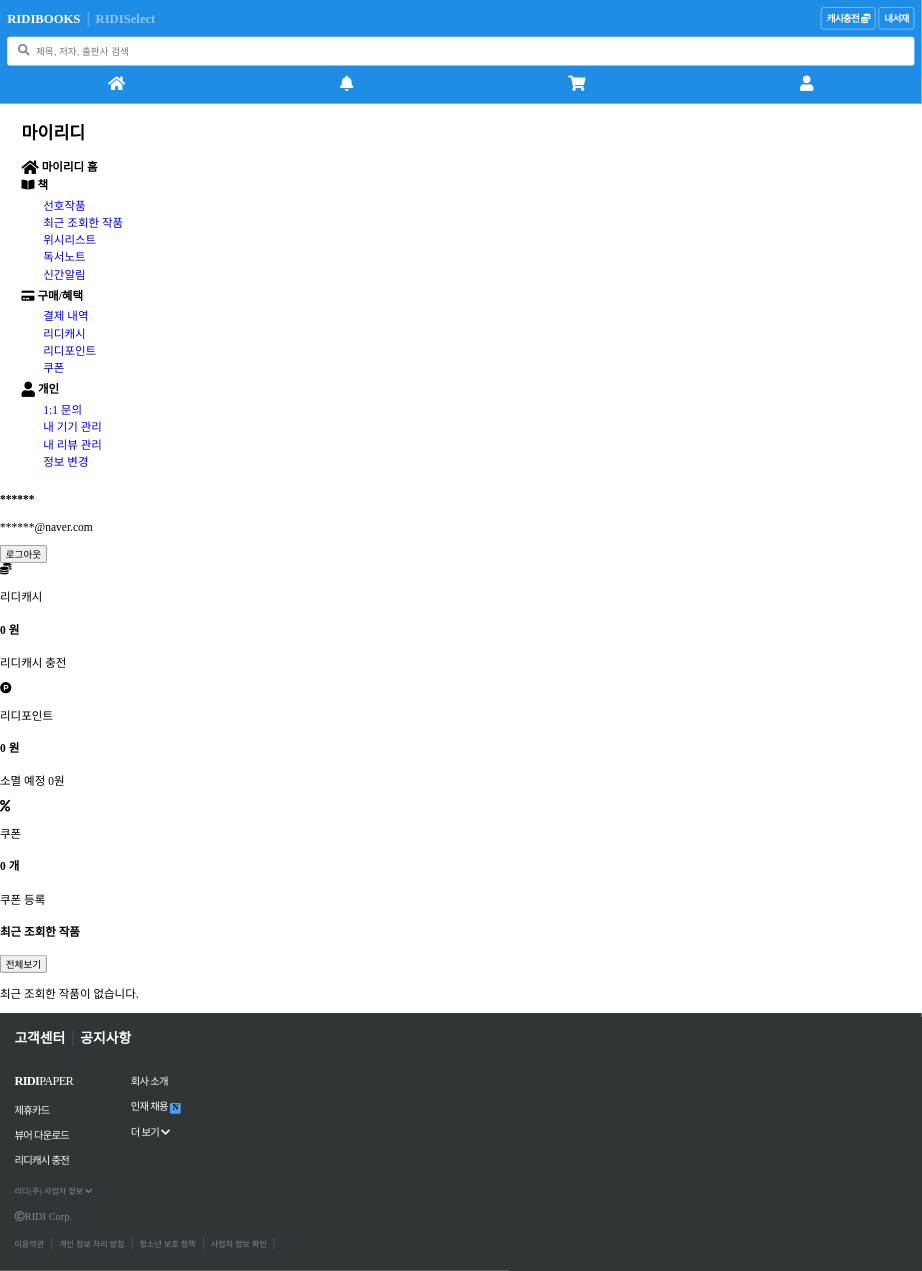
Repository: mega-teamproject/teamproject1
Page: html/myridi.html
An editor plug-in stored every save of this project. The page is shown before and after the next save, followed by the edit.
The browser window is 1280 px wide. The pictures show the whole page, at 72% of full size.

Above is the page before, as saved 2022-01-05 01:19:34.

### html/myridi.html
<!DOCTYPE html>
<html lang="ko">
  <head>
    <meta charset="UTF-8" />
    <meta http-equiv="X-UA-Compatible" content="IE=edge" />
    <meta name="viewport" content="width=device-width, initial-scale=1.0" />
    <title>마이리디</title>
    <link rel="stylesheet" href="../css/myridi.css" />
    <link
      rel="stylesheet"
      href="https://use.fontawesome.com/releases/v5.15.4/css/all.css"
      integrity="sha384-DyZ88mC6Up2uqS4h/KRgHuoeGwBcD4Ng9SiP4dIRy0EXTlnuz47vAwmeGwVChigm"
      crossorigin="anonymous"
    />
  </head>
  <body>
    <div class="container">
        <div class="header">
          <header>
            <div class="search">
              <a href="index.html"><h1>RIDIBOOKS</h1></a>
              <a href="https://select.ridibooks.com/home"><h1 id="opacity">RIDISelect</h1></a>
            </div>
            <div class="joinLogin">
              <button class="borderBtn btn" onclick="location.href='join1.html'">
                캐시충전
                <i class="fas fa-coins"></i>
              </button>
              <button class="borderBtn btn" onclick="location.href='login.html'">
                내서재
              </button>
            </div>
          </header>
          <div class="relative">
            <input type="text" placeholder="제목, 저자, 출판사 검색" />
            <span><i class="fas fa-search"></i> </span>
          </div>
          <nav>
            <ul>
              <li>
                <a href="index.html"><i class="fas fa-home fa-lg"></i></a>
              </li>
              <li>
                <a href="alarm.html"><i class="fas fa-bell fa-lg"></i></a>
              </li>
              <li>
                <a href="cart.html"><i class="fas fa-shopping-cart fa-lg"></i></a>
              </li>
              <li>
                <a href="myridi.html"><i class="fas fa-user fa-lg"></i></a>
              </li>
            </ul>
          </nav>
        </div>
        <div class="body">
          <div class="sidebar">
            <nav>

              <ul class="nav-title">
                <li><h2>마이리디</h2></li>
                <li>
                  <h4><i class="fas fa-home fa-lg"></i> 마이리디 홈</h4>
                </li>
                <li>
                  <h4><i class="fas fa-book-open"></i> 책</h4>
                  <ul>
                    <li><a href="#"> 선호작품</a></li>
                    <li><a href="#"> 최근 조회한 작품</a></li>
                    <li><a href="#"> 위시리스트</a></li>
                    <li><a href="#"> 독서노트</a></li>
                    <li><a href="#"> 신간알림</a></li>
                    <li></li>
                  </ul>
                </li>
                <li>
                  <h4><i class="fas fa-credit-card"></i> 구매/혜택</h4>
                  <ul>
                    <li><a href="#">결제 내역</a></li>
                    <li><a href="#">리디캐시</a></li>
                    <li><a href="#">리디포인트</a></li>
                    <li><a href="#">쿠폰</a></li>
                  </ul>
                </li>
                <li>
                  <h4><i class="fas fa-user fa-lg"></i> 개인</h4>
                  <ul>
                    <li><a href="#">1:1 문의</a></li>
                    <li><a href="#">내 기기 관리</a></li>
                    <li><a href="#">내 리뷰 관리</a></li>
                    <li><a href="#">정보 변경</a></li>
                  </ul>
                </li>
              </ul>
            </nav>
          </div>
          <div class="section">
            <section>
              <div class="my-ridi">
                <ul>
                  <li>
                    <h4>******</h4>
                    <p>******@naver.com</p>
                    <button>로그아웃</button>
                  </li>
                  <li>
                    <i class="fas fa-coins"></i>
                    <p>리디캐시</p>
                    <h4>0 <span> 원</span></h4>
                    <p>리디캐시 충전 </p>
                  </li>
                  <li>
                    <i class="fab fa-product-hunt"></i>
                    <p>리디포인트</p>
                    <h4>0 <span> 원</span></h4>
                    <p>소멸 예정 0원</p>
                  </li>
                  <li>
                    <i class="fas fa-percent"></i>
                    <p>쿠폰</p>
                    <h4>0 <span> 개</span></h4>
                    <p>쿠폰 등록 </p>
                  </li>
                </ul>
              </div>
                <div class="visited">
                  <div class="visited-header">
                    <h4>최근 조회한 작품</h4>
                    <button type="button">전체보기</button>
                  </div>
                  <div class="visited-contents">
                    <p>최근 조회한 작품이 없습니다.</p>
                  </div>
                </div>
            </section>
          </div>
        </div>

        <div class="footer">
            <footer>
              <div class="footer-menu1">
                <a href=""><span class="borderR">고객센터</span></a>
                <a href=""><span>공지사항</span></a>
              </div>
              <div class="footer-menu2">
                <div class="footer-wrapper1">
                  <a href="https://paper.ridibooks.com/"><p class="bigFont"><strong>RIDI</strong>PAPER</p></a>
                  <a href="#"><p>제휴카드</p></a>
                  <a href="#"><p>뷰어 다운로드</p></a>
                  <a href="https://ridibooks.com/order/checkout/cash"><p>리디캐시 충전</p></a>
                </div>
                <div class="footer-wrapper2">
                  <a href="https://www.ridicorp.com/"><p>회사 소개</p></a>
                  <a href="https://www.ridicorp.com/career/"><p>인재 채용 <span class="blue-bg">N</span></p></a>
                  <a href="#"><p>더 보기 <i class="fas fa-chevron-down"></i></p></a>
                  <a href="https://help.ridibooks.com/hc/ko/articles/360046896553"><p class="invisible">콘텐츠 제공문의</p></a>
                  <a href="https://cp.ridibooks.com/cp/login"><p class="invisible">CP 사이트</p></a>
                  <a href="mailto:biz@ridi.com"><p class="invisible">사업 제휴 문의</p></a>
                  <a href="https://help.ridibooks.com/hc/ko/articles/360058140713-RIDI-Biz-%ED%98%91%EC%97%85-%EB%AC%B8%EC%9D%98"><p class="invisible">리디셀렉트 B2B</p></a>
                </div>
              </div>
              <div class="footer-info fontColor">
                <a href="#"><p>리디(주) 사업자 정보 <i class="fas fa-chevron-down"></i></p></a>
                <p class="invisible">대표자 배기식 | 사업자 등록번호 120-87-27435</p>
                <p class="invisible">통신판매업 신고번호 제 2009-서울강남 35-02139호</p>
                <p class="invisible">이메일 help@ridi.com | 대표전화 1644-0331</p>
                <p class="invisible">주소 서울시 강남구 역삼동 702-28 어반벤치빌딩 10층(테헤란로 325)</p>
              </div>
              <div class="fontColor copyright"><i class="far fa-copyright"></i>RIDI Corp.</div>
              <div class="footer-terms fontColor">
                <a href="https://policy.ridi.com/legal/terms/"><p class="paddingL">이용약관</p></a>
                <a href="https://policy.ridi.com/legal/privacy/"><p>개인 정보 처리 방침</p></a>
                <a href="https://policy.ridi.com/legal/youth/"><p>청소년 보호 정책</p></a>
                <a href="https://ftc.go.kr/www/bizCommList.do?key=232"><p>사업자 정보 확인</p></a>
              </div>
            </footer>
          </div>
  </body>
</html>

### css/myridi.css
* {
  box-sizing: border-box;
}

body {
  margin: 0;
}

a {
  text-decoration: none;
}

ul {
  list-style: none;
  padding: 0;
}

.header {
  background-color: #1f8ce6;
}

header {
  display: flex;
  justify-content: space-between;
  align-items: center;
}

.search {
  display: flex;
  margin-left: 10px;
}

.search h1 {
  color: white;
  font-size: 1.1em;
  margin-right: 10px;
  margin-bottom: 0;
}

.search h1#opacity {
  opacity: 0.5;
  border-left: 1px solid;
  padding-left: 10px;
}

.joinLogin {
  margin-right: 10px;
  margin-top: 10px;
}

.joinLogin button.btn {
  border-radius: 4px;
  padding: 5px 7px;
  letter-spacing: -1px;
  font-weight: bold;
  cursor: pointer;
}

.joinLogin button.borderBtn {
  background-color: transparent;
  color: white;
  border: 1px solid #99d1ff;
}

.relative input {
  width: 100%;
  height: 40px;
  margin-top: 10px;
  border-radius: 4px;
  border: none;
  padding-left: 40px;
}
.relative input:focus {
  outline: none;
}

.relative {
  position: relative;
  margin: 0 10px;
}

.relative span {
  color: #808991;
  position: absolute;
  top: 20px;
  left: 15px;
}

.header nav {
  padding: 1px;
}

.header nav ul {
  padding-left: 0;
  display: flex;
  justify-content: space-around;
}

.header ul li {
  list-style: none;
}

.header ul li a {
  text-decoration: none;
  color: white;
}

.sidebar nav ul {
  list-style: none;
  padding: 5px 30px;
}

.sidebar nav ul h2 {
  padding: 0;
  margin-top: 0;
}

.sidebar nav ul h4 {
  padding: 0;
  margin: 0;
}

.footer {
  background: #303538;
  color: white;
}

footer a {
  text-decoration: none;
  color: white;
}

footer p.invisible {
  display: none;
}

footer .footer-menu1 {
  display: flex;
  justify-content: left;
  padding: 20px 10px;
  padding-bottom: 0;
}

footer .footer-menu1 a {
  margin: 0 10px;
  font-size: 1.2em;
  font-weight: bold;
}

footer .footer-menu1 a:first-child {
  margin-right: 0;
}

footer .footer-menu1 a span.borderR {
  border-right: 1px solid #525a61;
  padding-right: 10px;
}

footer .footer-menu2 {
  display: flex;
  padding: 20px;
  font-size: 0.9em;
  letter-spacing: -1px;
  padding-bottom: 0;
}

footer .footer-menu2 .footer-wrapper1 {
  margin-right: 40px;
}

footer .footer-menu2 .footer-wrapper1 p.bigFont {
  font-size: 1.2em;
}

footer .footer-menu2 .footer-wrapper2 {
  margin-left: 40px;
}

footer .footer-menu2 .footer-wrapper2 span.blue-bg {
  background-color: #509deb;
  border-radius: 2px;
  display: inline-block;
  width: 15px;
  height: 15px;
  text-align: center;
  color: black;
  font-weight: bold;
  font-size: 0.75em;
}

footer .fontColor {
  color: #808991;
  padding: 10px;
  padding-left: 20px;
}

footer .copyright {
  font-size: 0.9em;
}

footer .fontColor p {
  color: #808991;
  font-size: 0.7em;
  margin: 0;
}

footer .footer-terms {
  display: flex;
  padding-bottom: 30px;
}

footer .footer-terms a p {
  border-right: 1px solid #525a61;
  padding: 0 10px;
}

footer .footer-terms a p.paddingL {
  padding-left: 0;
}

After the next save:
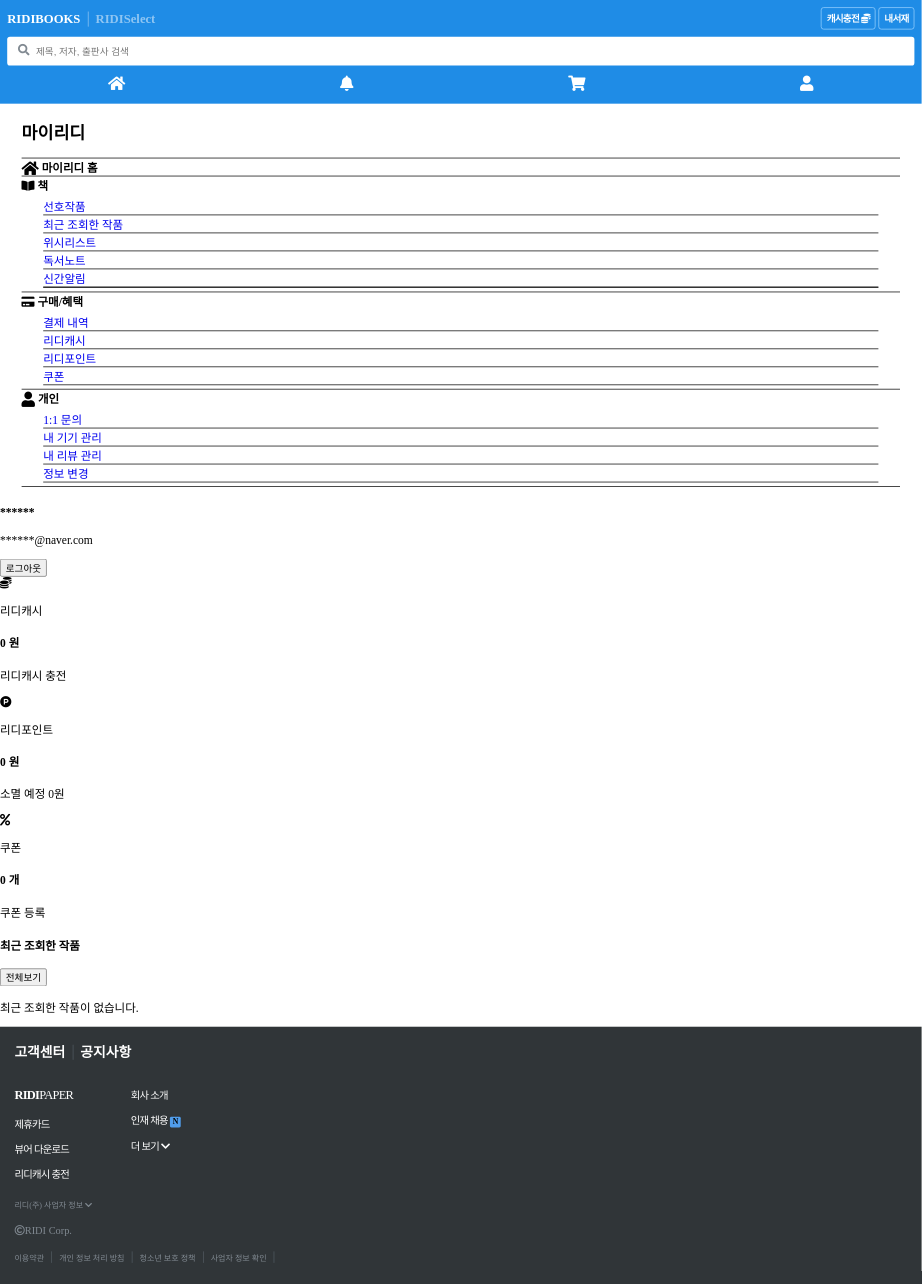
Saved 29 s later.
--- a/css/myridi.css
+++ b/css/myridi.css
@@ -118,6 +118,10 @@
 .sidebar nav ul h4 {
   padding: 0;
   margin: 0;
+}
+
+.sidebar nav ul.nav-title li {
+  border-bottom: 1px solid black;
 }
 
 .footer {
